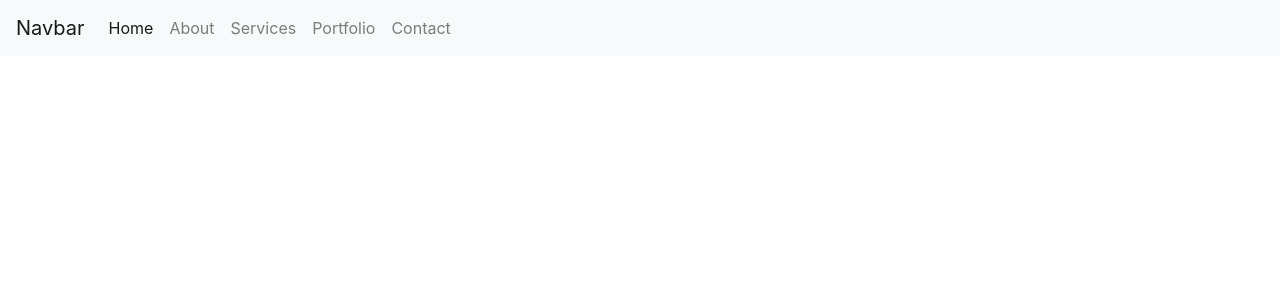
Repository: Syfon01/hng-port
Page: index.html
The author's editor kept a copy of each file at every save. The page is drawn from the files as they stood at one save, then again after a run of saves.
The browser window is 1280 px wide. The pictures show the whole page.

Above is the page before, as saved 2020-06-27 20:27:01.

After the next 3 saves:
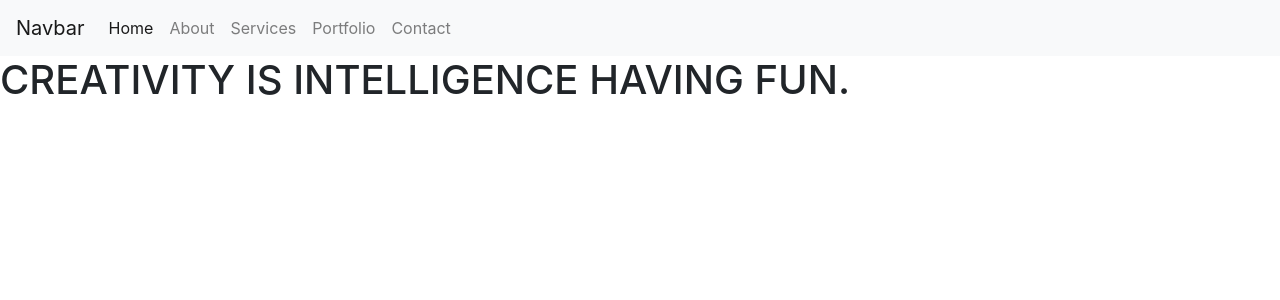
The 3 saves are shown as one change because they came seconds apart.
The last was saved 36 s later.
--- a/index.html
+++ b/index.html
@@ -42,7 +42,9 @@
       </nav>
 
       <div class="home-content">
-        <h1></h1>
+        <h1>CREATIVITY IS
+        INTELLIGENCE HAVING FUN.</h1>
+        <p></p>
       </div>
     </section>
     <section id="about">
